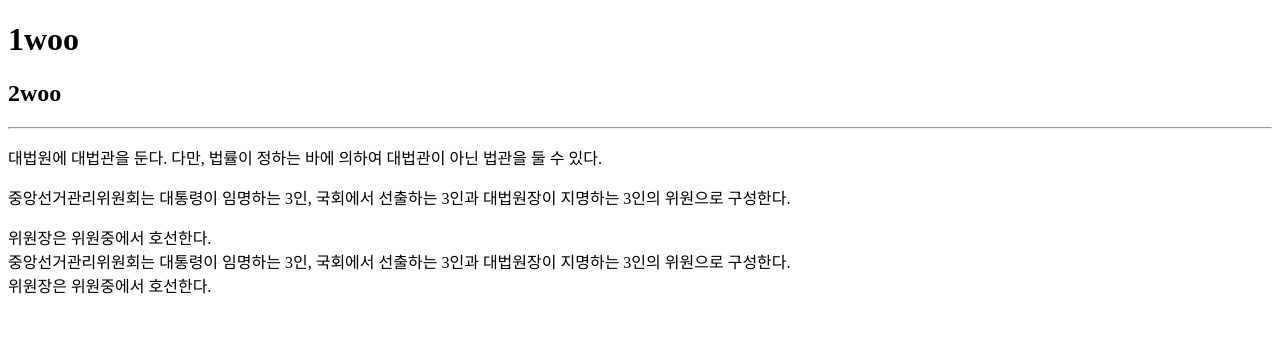
Repository: hyungju2/SSAFY_JavaPractice
Page: 20190211_HTML/web_java/HTMLProject/WebContent/html/First.html
An editor plug-in stored every save of this project. The page is shown before and after the next save, followed by the edit.
The browser window is 1280 px wide. The pictures show the whole page.

Above is the page before, as saved 2019-02-11 04:14:05.

### 20190211_HTML/web_java/HTMLProject/WebContent/html/First.html
<!DOCTYPE html>
<html>
	<head>
		<meta charset="UTF-8">
		<title>My page Title</title>
	</head>

	<body>
	<!-- hn: heading tag. 제목달기 -->
		<h1>1woo</h1>
		<h2>2woo</h2>
		<hr> <!-- 가로 줄 긋기 , 줄 바꿈-->
		<p>대법원에 대법관을 둔다. 다만, 법률이 정하는 바에 의하여 대법관이 아닌 법관을 둘 수 있다.
		<p>중앙선거관리위원회는 대통령이 임명하는 3인, 국회에서 선출하는 3인과 대법원장이 지명하는 3인의 위원으로 구성한다.<p> 위원장은 위원중에서 호선한다.
		<br>중앙선거관리위원회는 대통령이 임명하는 3인, 국회에서 선출하는 3인과 대법원장이 지명하는 3인의 위원으로 구성한다.<br> 위원장은 위원중에서 호선한다.
		<!-- p 태그는 문단을 나누는 것. 줄 바꾸는 것이 아니다. >
		<!-- br태그는 줄 바꿈.>
	</body>
</html>

After the next save:
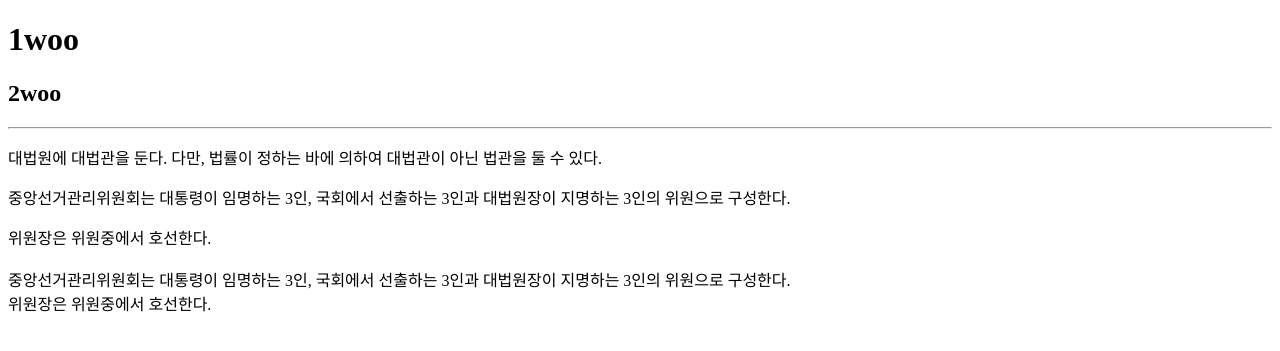
Saved 34 s later.
--- a/20190211_HTML/web_java/HTMLProject/WebContent/html/First.html
+++ b/20190211_HTML/web_java/HTMLProject/WebContent/html/First.html
@@ -11,7 +11,8 @@
 		<h2>2woo</h2>
 		<hr> <!-- 가로 줄 긋기 , 줄 바꿈-->
 		<p>대법원에 대법관을 둔다. 다만, 법률이 정하는 바에 의하여 대법관이 아닌 법관을 둘 수 있다.
-		<p>중앙선거관리위원회는 대통령이 임명하는 3인, 국회에서 선출하는 3인과 대법원장이 지명하는 3인의 위원으로 구성한다.<p> 위원장은 위원중에서 호선한다.
+		<p><p>중앙선거관리위원회는 대통령이 임명하는 3인, 국회에서 선출하는 3인과 대법원장이 지명하는 3인의 위원으로 구성한다.<p> 위원장은 위원중에서 호선한다.
+		<br>
 		<br>중앙선거관리위원회는 대통령이 임명하는 3인, 국회에서 선출하는 3인과 대법원장이 지명하는 3인의 위원으로 구성한다.<br> 위원장은 위원중에서 호선한다.
 		<!-- p 태그는 문단을 나누는 것. 줄 바꾸는 것이 아니다. >
 		<!-- br태그는 줄 바꿈.>
